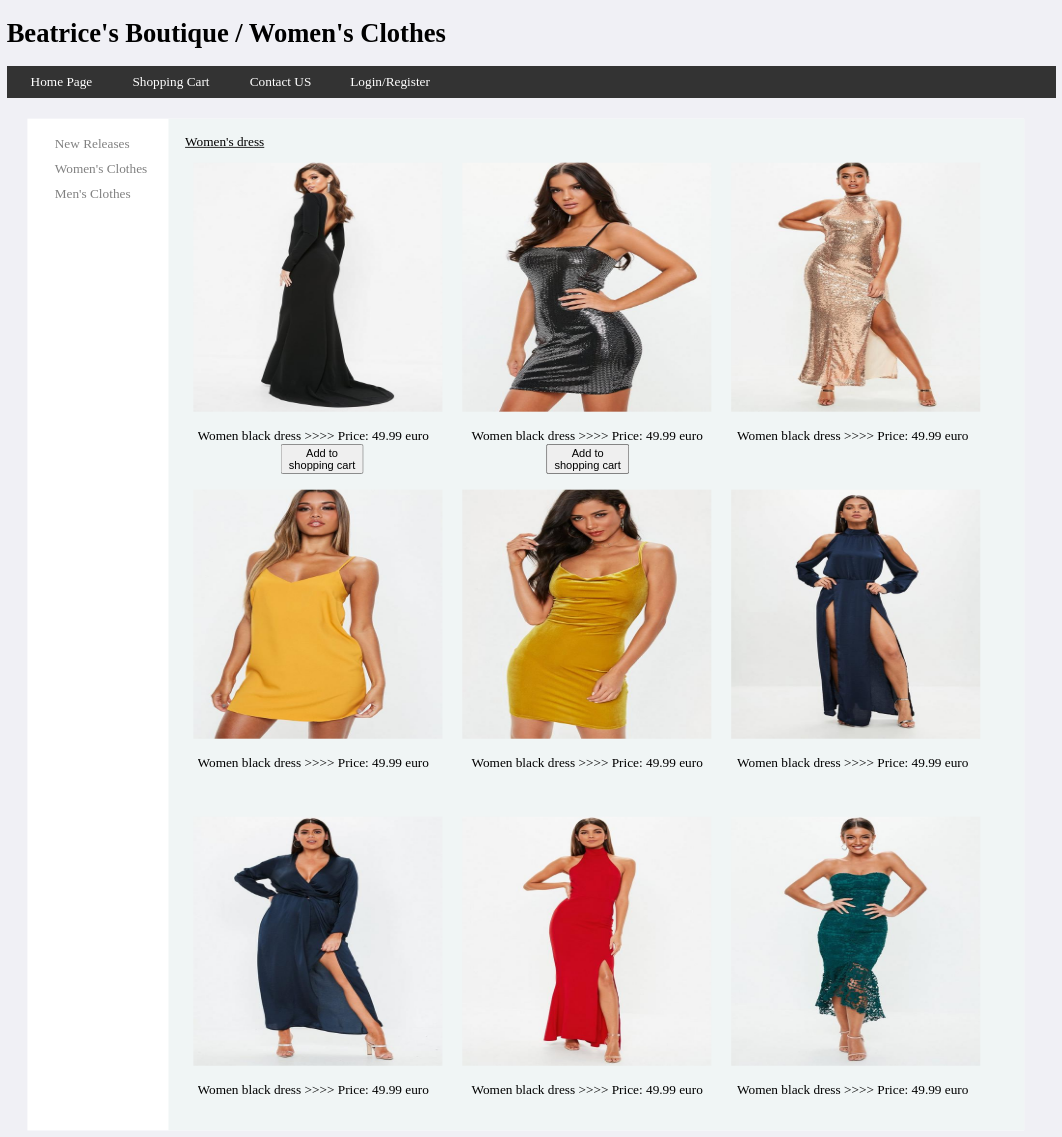
Repository: IosifDobos/Beatrice-Boutique
Page: BeatriceBoutique/Java/WorkSpace/BeatriceBoutique/WebContent/womensClothes.html
The author's editor kept a copy of each file at every save. The page is drawn from the files as they stood at one save, then again after the next save.
The browser window is 1280 px wide. The pictures show the whole page, at 83% of full size.

Above is the page before, as saved 2018-12-04 17:55:29.

After the next save:
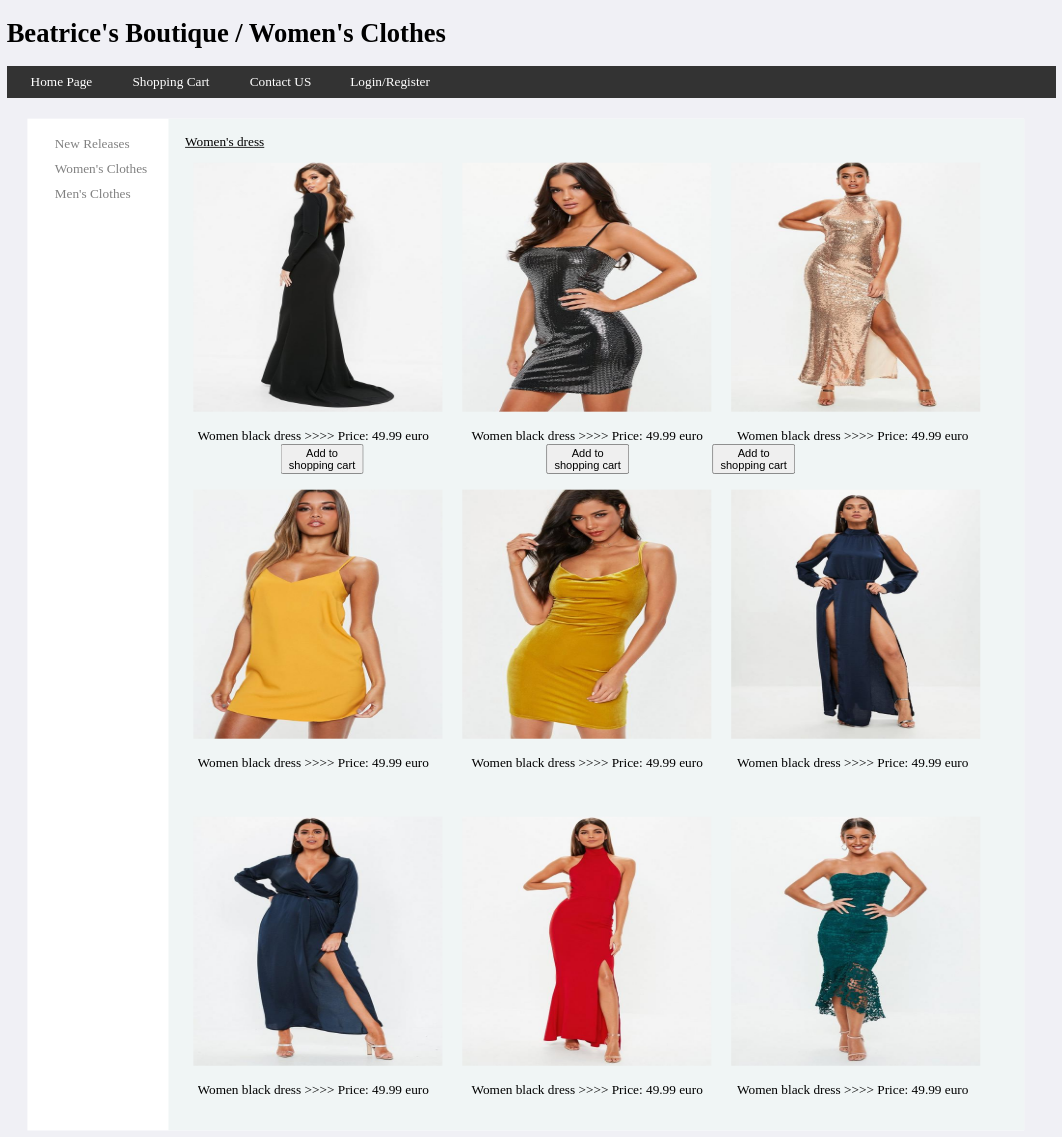
Saved 19 s later.
--- a/BeatriceBoutique/Java/WorkSpace/BeatriceBoutique/WebContent/womensClothes.html
+++ b/BeatriceBoutique/Java/WorkSpace/BeatriceBoutique/WebContent/womensClothes.html
@@ -54,7 +54,7 @@
 						Add to shopping cart
 				</button>
 			</div>
-			<div id ="button-url1">
+			<div id ="button-url2">
 				<button data-url="shoppingCart.html" type="button" title="Add to shopping cart"
 				class="button">
 						Add to shopping cart
